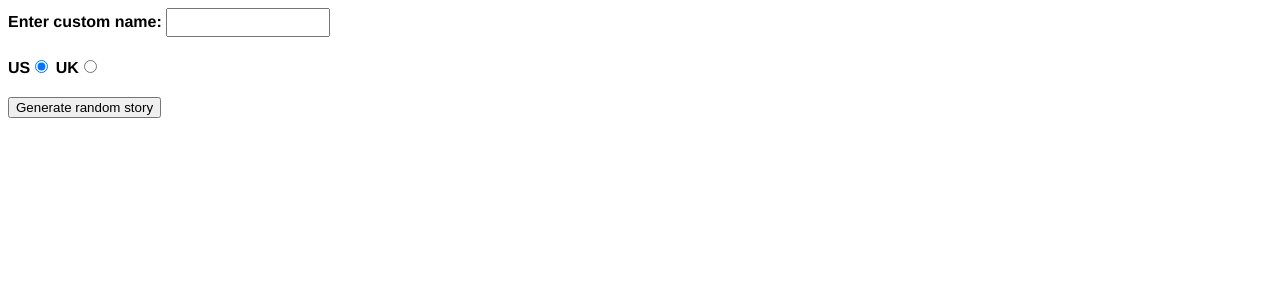
Repository: ctcoleman/learning-area
Page: javascript/introduction-to-js-1/assessment-start/index.html
These files come from the project's save history. The page is drawn as it stood at one moment and after a run of saves; the edit follows.
The browser window is 1280 px wide. The pictures show the whole page.

Above is the page before, as saved 2020-06-26 00:23:16.
Console error: SyntaxError: Unexpected token ';'

### javascript/introduction-to-js-1/assessment-start/index.html
<!DOCTYPE html>
<html>

<head>
  <meta charset="utf-8">
  <meta http-equiv="X-UA-Compatible" content="IE=edge,chrome=1">
  <meta name="viewport" content="width=device-width">

  <title>Silly story generator</title>

  <style>
    body {
      font-family: helvetica, sans-serif;
      width: 350px;
    }

    label {
      font-weight: bold;
    }

    div {
      padding-bottom: 20px;
    }

    input[type="text"] {
      padding: 5px;
      width: 150px;
    }

    p {
      background: #FFC125;
      color: #5E2612;
      padding: 10px;
      visibility: hidden;
    }
  </style>
</head>

<body>
  <div>
    <label for="customname">Enter custom name:</label>
    <input id="customname" type="text" placeholder="">
  </div>
  <div>
    <label for="us">US</label><input id="us" type="radio" name="ukus" value="us" checked>
    <label for="uk">UK</label><input id="uk" type="radio" name="ukus" value="uk">
  </div>
  <div>
    <button class="randomize">Generate random story</button>
  </div>
  <!-- Thanks a lot to Willy Aguirre for his help with the code for this assessment -->
  <p class="story"></p>
  <script src="/javascript/introduction-to-js-1/assessment-start/main.js"></script>
</body>

</html>

### javascript/introduction-to-js-1/assessment-start/main.js
/*
=== Complete Variable and Function Definitions ===
*/

const customName = document.getElementById('customname');
const randomize = document.querySelector('.randomize');
const story = document.querySelector('.story');

function randomValueFromArray(array) {
  const random = Math.floor(Math.random() * array.length);
  return array[random];
}

/*
=== Raw Text Strings ===
*/

let storyText = `It was 94 fahrenheit outside, so :insertx: went for a walk. When they got to :inserty:, they stared in horror for a few moments, then :insertz:. Bob saw the whole thing, but was not surprised — :insertx: weighs 300 pounds, and it was a hot day.`

let instertX = ['Willy the Goblin', 'Big Daddy', 'Father Christmas']
const instertY = ['the soup kitchen', 'Disneyland', 'the White House']
const insertZ = ['spontaneously combusted', 'melted into a puddle on the sidewalk', 'turned into a slug and crawled away']

/*
=== Event Listener and Partial Function Definition ===
*/

randomize.addEventListener('click', result)


function result () {

  let newStory = storyText

  const xItem = randomValueFromArray(insertX)
  const yItem = randomValueFromArray(insertY)
  const zItem = randomValueFromArray(insertZ)

  newStory = newStory.replace(':insertx:', xItem)
  newStory = newStory.replace(':insertx:', xItem)
  newStory = newStory.replace(':inserty:', yItem)
  newStory = newStory.replace(':insertz:', zItem)

  if (customName.value !== '') {
    const name = customName.value
    newStory = newStory.replace('Bob', name)
  }

  if (document.getElementById("uk").checked) {
    const weight = Math.round(300 * 0.0714286) + " stone"
    const temperature = Math.round((94 - 32) * 5 / 9) + " centigrade"

    newStory = newStory.replace('94 fahrenheit', temperature)
    newStory = newStory.replace('300 pounds', weight)
  }

  story.textContent = ;
  story.style.visibility = 'visible';
}

After the next 2 saves:
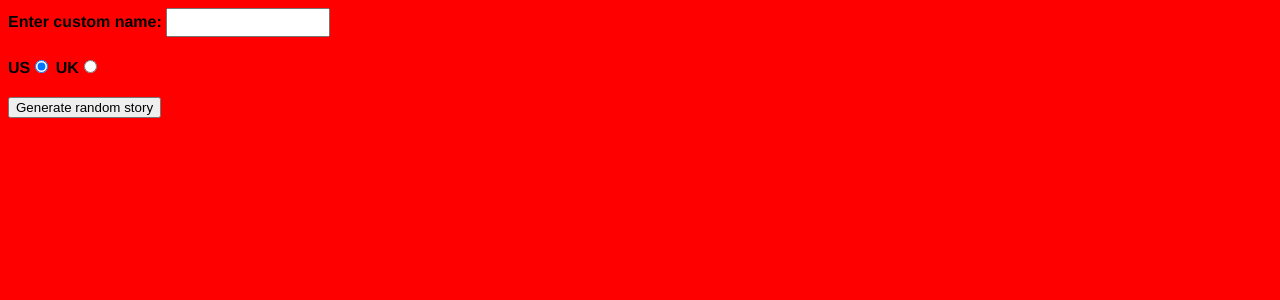
The error is gone.
The 2 saves are shown as one change because they came seconds apart.
The last was saved 82 s later.
--- a/javascript/introduction-to-js-1/assessment-start/main.js
+++ b/javascript/introduction-to-js-1/assessment-start/main.js
@@ -1,59 +1,60 @@
-/*
-=== Complete Variable and Function Definitions ===
-*/
+// /*
+// === Complete Variable and Function Definitions ===
+// */
 
-const customName = document.getElementById('customname');
-const randomize = document.querySelector('.randomize');
-const story = document.querySelector('.story');
+// const customName = document.getElementById('customname');
+// const randomize = document.querySelector('.randomize');
+// const story = document.querySelector('.story');
 
-function randomValueFromArray(array) {
-  const random = Math.floor(Math.random() * array.length);
-  return array[random];
-}
+// function randomValueFromArray(array) {
+//   const random = Math.floor(Math.random() * array.length);
+//   return array[random];
+// }
 
-/*
-=== Raw Text Strings ===
-*/
+// /*
+// === Raw Text Strings ===
+// */
 
-let storyText = `It was 94 fahrenheit outside, so :insertx: went for a walk. When they got to :inserty:, they stared in horror for a few moments, then :insertz:. Bob saw the whole thing, but was not surprised — :insertx: weighs 300 pounds, and it was a hot day.`
+// let storyText = `It was 94 fahrenheit outside, so :insertx: went for a walk. When they got to :inserty:, they stared in horror for a few moments, then :insertz:. Bob saw the whole thing, but was not surprised — :insertx: weighs 300 pounds, and it was a hot day.`
 
-let instertX = ['Willy the Goblin', 'Big Daddy', 'Father Christmas']
-const instertY = ['the soup kitchen', 'Disneyland', 'the White House']
-const insertZ = ['spontaneously combusted', 'melted into a puddle on the sidewalk', 'turned into a slug and crawled away']
+// let instertX = ['Willy the Goblin', 'Big Daddy', 'Father Christmas']
+// const instertY = ['the soup kitchen', 'Disneyland', 'the White House']
+// const insertZ = ['spontaneously combusted', 'melted into a puddle on the sidewalk', 'turned into a slug and crawled away']
 
-/*
-=== Event Listener and Partial Function Definition ===
-*/
+// /*
+// === Event Listener and Partial Function Definition ===
+// */
 
-randomize.addEventListener('click', result)
+// randomize.addEventListener('click', result)
 
 
-function result () {
+// function result () {
 
-  let newStory = storyText
+//   let newStory = storyText
 
-  const xItem = randomValueFromArray(insertX)
-  const yItem = randomValueFromArray(insertY)
-  const zItem = randomValueFromArray(insertZ)
+//   const xItem = randomValueFromArray(insertX)
+//   const yItem = randomValueFromArray(insertY)
+//   const zItem = randomValueFromArray(insertZ)
 
-  newStory = newStory.replace(':insertx:', xItem)
-  newStory = newStory.replace(':insertx:', xItem)
-  newStory = newStory.replace(':inserty:', yItem)
-  newStory = newStory.replace(':insertz:', zItem)
+//   newStory = newStory.replace(':insertx:', xItem)
+//   newStory = newStory.replace(':insertx:', xItem)
+//   newStory = newStory.replace(':inserty:', yItem)
+//   newStory = newStory.replace(':insertz:', zItem)
 
-  if (customName.value !== '') {
-    const name = customName.value
-    newStory = newStory.replace('Bob', name)
-  }
+//   if (customName.value !== '') {
+//     const name = customName.value
+//     newStory = newStory.replace('Bob', name)
+//   }
 
-  if (document.getElementById("uk").checked) {
-    const weight = Math.round(300 * 0.0714286) + " stone"
-    const temperature = Math.round((94 - 32) * 5 / 9) + " centigrade"
+//   if (document.getElementById("uk").checked) {
+//     const weight = Math.round(300 * 0.0714286) + " stone"
+//     const temperature = Math.round((94 - 32) * 5 / 9) + " centigrade"
 
-    newStory = newStory.replace('94 fahrenheit', temperature)
-    newStory = newStory.replace('300 pounds', weight)
-  }
+//     newStory = newStory.replace('94 fahrenheit', temperature)
+//     newStory = newStory.replace('300 pounds', weight)
+//   }
 
-  story.textContent = ;
-  story.style.visibility = 'visible';
-}
+//   story.textContent = ;
+//   story.style.visibility = 'visible';
+// }
+document.querySelector('html').style.backgroundColor = 'red';
